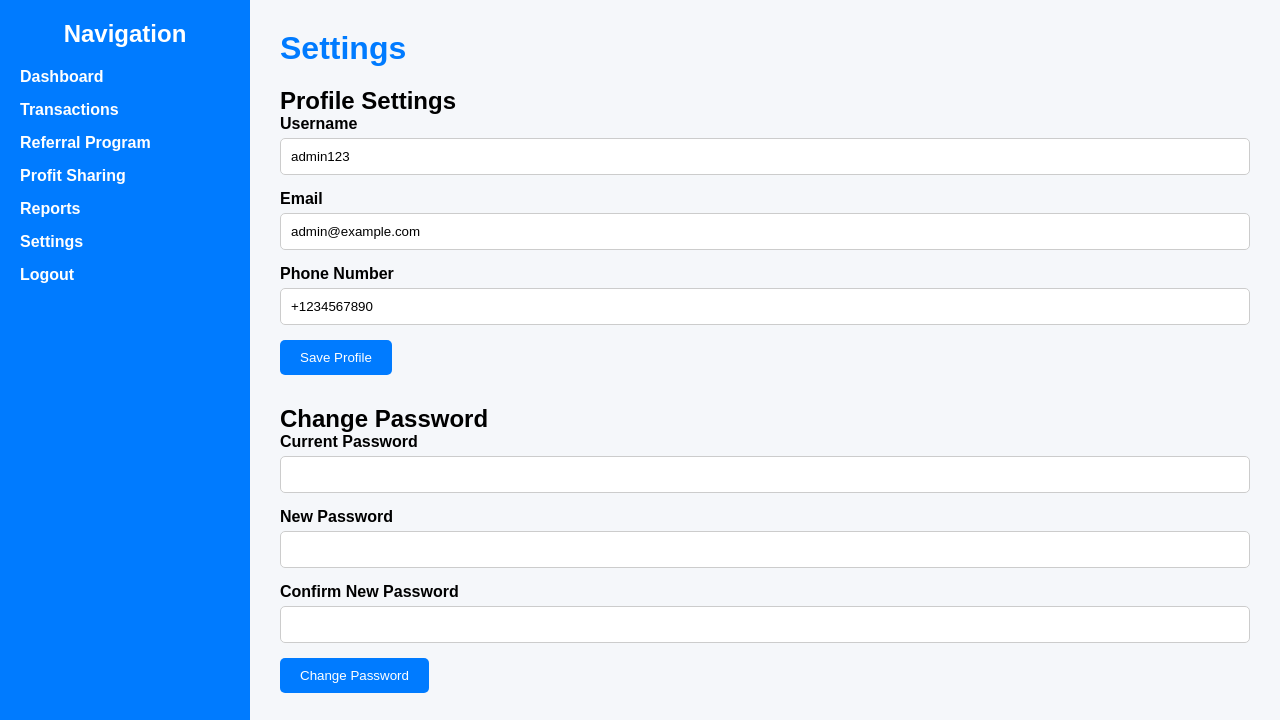
Repository: 2025silverx/slivedrX
Page: setting.html
An editor plug-in stored every save of this project. The page is shown before and after the next save, followed by the edit.
The browser window is 1280 px wide. The pictures show the whole page.
An inner scrolling area shows only its first screen.

Above is the page before, as saved 2025-01-05 00:48:20.

After the next save:
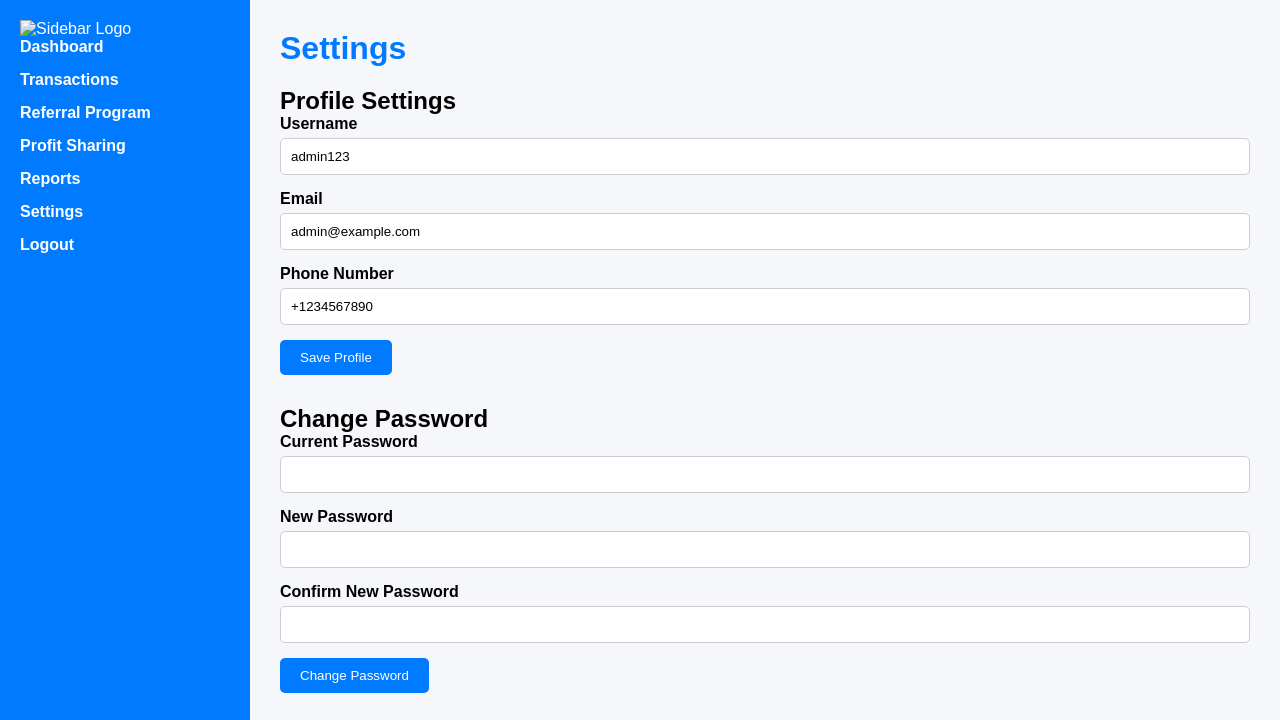
Not found: your-image-path.jpg
Saved 78 s later.
--- a/setting.html
+++ b/setting.html
@@ -10,7 +10,7 @@
     <!-- Sidebar -->
     <div id="sidebar-container">
         <div class="sidebar">
-            <h2>Navigation</h2>
+            <img src="your-image-path.jpg" alt="Sidebar Logo" class="sidebar-logo">
             <ul class="sidebar-links">
                 <li><a href="index.html" class="sidebar-link" data-target="dashboard">Dashboard</a></li>
                 <li><a href="index2.html" class="sidebar-link" data-target="transactions">Transactions</a></li>

After the save that followed:
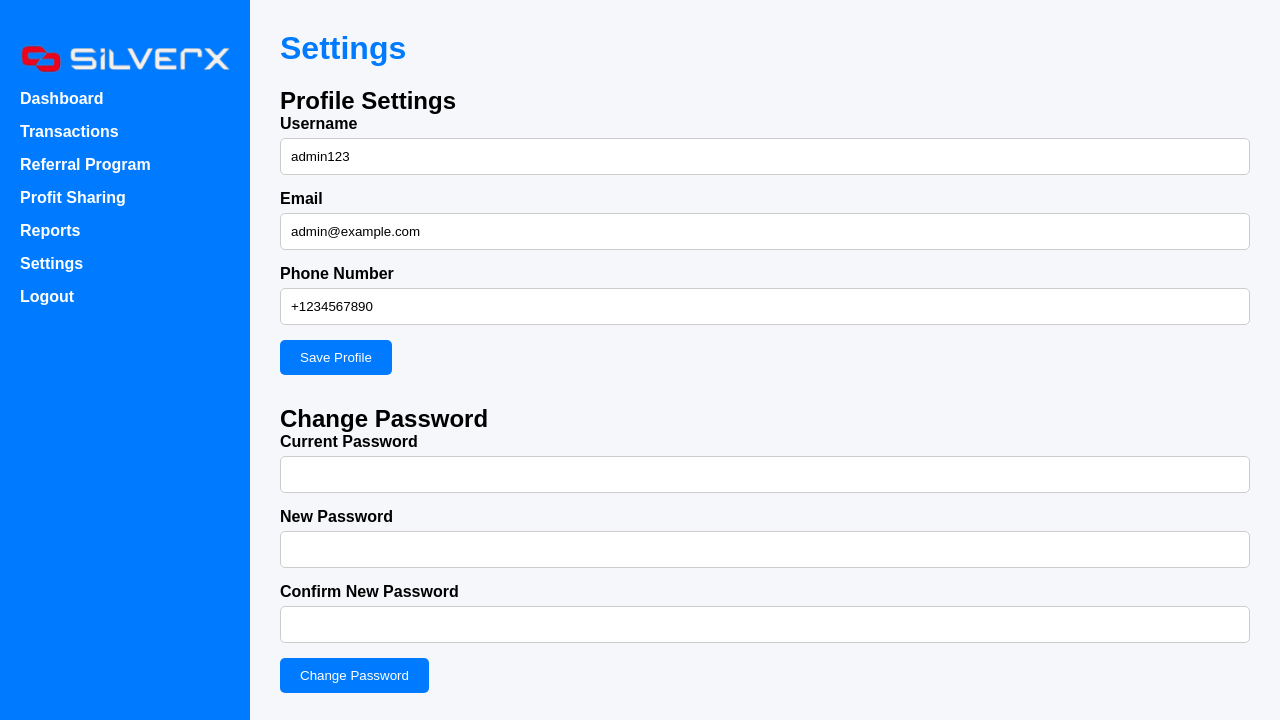
Saved 58 s later.
--- a/setting.html
+++ b/setting.html
@@ -10,7 +10,7 @@
     <!-- Sidebar -->
     <div id="sidebar-container">
         <div class="sidebar">
-            <img src="your-image-path.jpg" alt="Sidebar Logo" class="sidebar-logo">
+            <img src="images\logo.png" alt="Sidebar Logo" class="sidebar-logo">
             <ul class="sidebar-links">
                 <li><a href="index.html" class="sidebar-link" data-target="dashboard">Dashboard</a></li>
                 <li><a href="index2.html" class="sidebar-link" data-target="transactions">Transactions</a></li>
